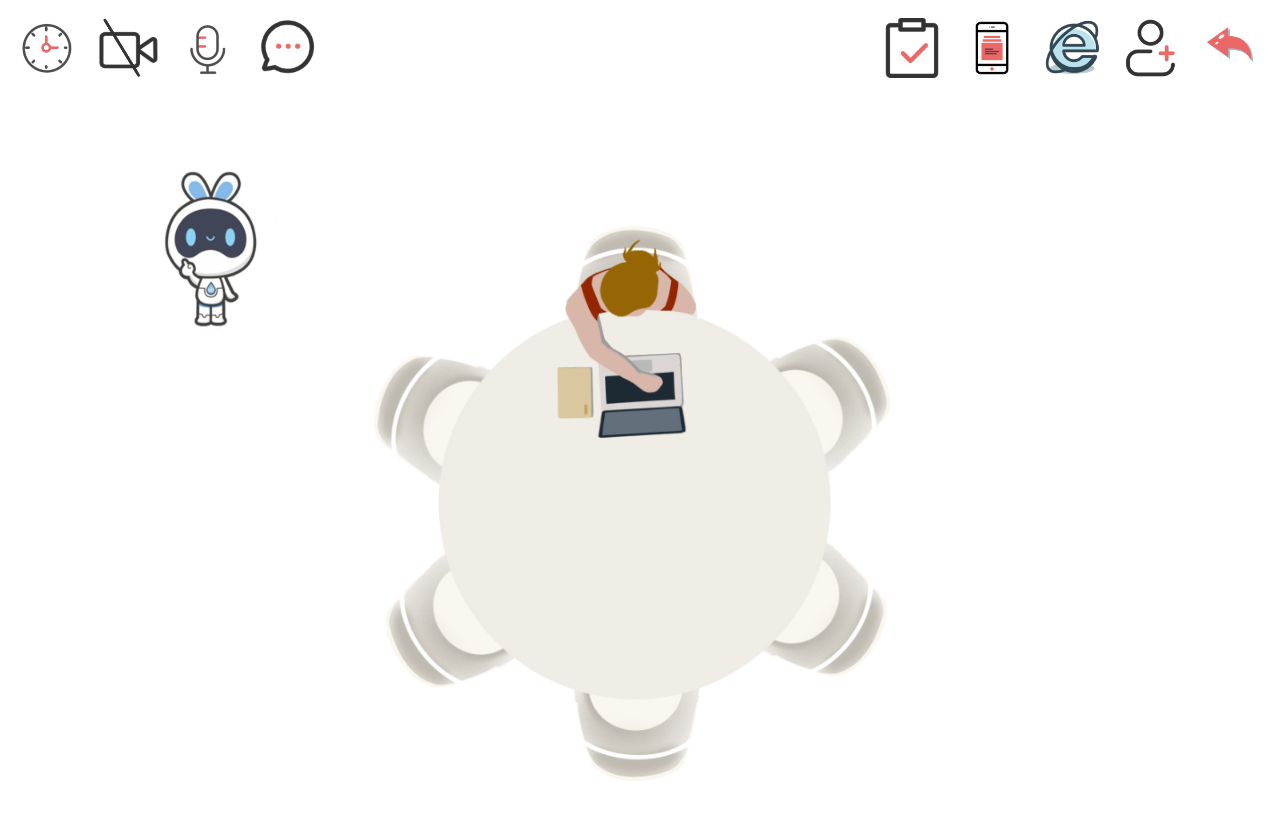
Repository: Team-Extrememe/Online-Study-Room
Page: main.html
The author's editor kept a copy of each file at every save. The page is drawn from the files as they stood at one save, then again after the next save.
The browser window is 1280 px wide. The pictures show the whole page.

Above is the page before, as saved 2021-10-07 15:36:46.

### main.html
<!DOCTYPE html>
<html lang="en">
<head class="header">
    <meta charset="UTF-8">
    <meta http-equiv="X-UA-Compatible" content="IE=edge">
    <meta name="viewport" content="width=device-width, initial-scale=1.0">
    <link rel="stylesheet" href="./css/styles.css">
    <script src="js/jquery-3.6.0.min.js" type="text/javascript"></script>
    <script src="./js/scipt_studyroom.js"></script>
    <script type="text/javascript" src="js/javascript.js"></script>
    <title>Study alone</title>
</head>
<body>
    <div class="left">
        <ul id="nav_left">
        <li>
            <img class="clock" src="./Images/clock.png" alt="clock">
            <div>
                <span class="selected_time"></span>
            </div>
            <div id="light9" class="increase_time" style="border: 2px solid rgb(100, 119, 185);border-radius: 10px;box-shadow: rgba(17, 17, 26, 0.1) 0px 4px 16px, rgba(17, 17, 26, 0.05) 0px 8px 32px;">
                <div class="close_guide_button6">&times;</div>
                <span>Increase Your Duration</span>
                <input id="increasetime" type="time" step='1' min="00:00:00" max="24:00:00">
                <button class="confirm">Confirm</button>
            </div>
        </li>
        <li>


            <div class="camera">
                <img src="./Images/camera_close.png" alt="video" id="video">
            </div>
            <div id="light8" class="preview">
                <div class="close_guide_button5">&times;</div>
                <span>Preview</span>
                <video autoplay="true" id="videoElement">

                </video>
                <button class="turnOn">Turn On</button>
            </div>


        </li>
        <li>
            <div>
                <img src="./Images/micro.png" alt="micro" id="micro">
            </div>
        </li>
        <li>
            <img src="./Images/chat.png" alt="chat">
        </li>
        </ul>
    </div>

    <div class="right">
        <ul id="nav_left">
        <li>
            <img src="./Images/log.png" alt="log">
        </li>
        <li>
            <img src="./Images/mobile.png" alt="mobile">
        </li>
        <li>
            <img src="./Images/internet.png" alt="internet">
        </li>
        <li>
            <img src="./Images/invite.png" alt="invite">
        </li>
        <li>
            <img src="./Images/return.png" alt="return">
        </li>
        <li>
            <div>
                <video autoplay="true" id="videoElement2">

                </video>
            </div>
        </li>
        </ul>
    </div>


    <div class="guide">
        <a href="./guide.html" target="_blank">

            <img src="./Images/r.png" alt="guide" id="rb">

        </a>
    </div>






    <div id="fade1" class="black"></div>
</body>
<footer>
    <div id="One">
        <img src="./images/One.png" alt="One">
    </div>

</footer>
</html>

### css/styles.css
#nav_left {
  list-style-type: none;
  margin: 0;
  padding: 0;
  overflow: hidden;
  /* background-color: #333; */
}

#nav_left li{
  float: left;
}

#nav_left li img{
	width: 60px;
	height: 60px;
	margin: 10px;
	margin-bottom: 0px;
	cursor: pointer;
}

.selected_time{
	/* position: absolute;
	left: 16px;
	top: 8%; */
	padding-left: 10px;
}

#nav_right li{
	float: right;
	margin-right: 10%;
}

.left,.right{

	display: inline-block;
}

 .left{
	 float: left;
}

.right
{
	float: right;
}


#One img{
	width: 90%;
	height: 70%;
}


#One{
	position: absolute;
	margin-left: 20%;
	top: 20%;


}

.guide{

	/* position: absolute; */
	position: absolute;
	/* float: right; */
	top: 15%;
	/* right: 10px; */
	/* right: 0; */
	/* margin-top: 20%; */
	/* margin-right: 30%; */

}

.guide a img{
	width: 400px;
	height: 300px;
}

/* footer{
	display: flex;
	align-items: center;
	position: absolute;
	bottom: 0;
} */

/* Change the link color to #111 (black) on hover */
#nav li a:hover {
  background-color: #111;
}

/* camera preview*/
.preview{
	display: none;
    position: absolute;
    bottom: 45%;
    left: 40%;
    width: 360px;
    height: 280px;
    border: 10x solid black;
    background-color: white;
    z-index:1002;
    overflow: none;
}

.preview span{
	position: absolute;
	top: 10%;
	left: 43%;
}

.light8{
    display: block;
}

#fade1{
    display: none;
}

.black{
    display: none;
    position: absolute;
    top: 0%;
    left: 0%;
    width: 100%;
    height: 100%;
    background-color: black;
    z-index:1001;
    opacity:.80;
    filter: alpha(opacity=88);
}

#videoElement{
	width: 215px;
	height: 161px;
	position: absolute;
	bottom: 20%;
	left: 22%;
}

.close_guide_button5{
    position: absolute;
    right: 14px;
    top: 0px;
    font-size: 20px;
    cursor: pointer;
}

.turnOn{
	position: absolute;
	bottom: 5%;
	left: 40%;
    width: 99px;
    height: 30px;
    background: inherit;
    background-color: rgba(51, 51, 51, 1);
    box-sizing: border-box;
    border-width: 3px;
    border-style: solid;
    border-color: rgba(51, 51, 51, 1);
    border-radius: 71px;
    box-shadow: 5px 5px 5px rgb(0 0 0 / 35%);
    font-size: 16px;
    color: rgba(255, 255, 255, 0.996078431372549);
    cursor: pointer;
}

#videoElement2{
	position: absolute;
	right: 5%;
	top: 17%;
	border-radius: 5px;
	width: 240px;
	height: 180px;
}

.videoShadow{
	box-shadow: rgba(6, 24, 44, 0.4) 0px 0px 0px 2px, rgba(6, 24, 44, 0.65) 0px 4px 6px -1px, rgba(255, 255, 255, 0.08) 0px 1px 0px inset;
}

.increase_time{
	display: none;
    position: absolute;
    bottom: 50%;
    left: 44%;
    width: 305px;
    height: 187px;
    border: 10x solid black;
    background-color: white;
    z-index:1002;
    overflow: none;
}

.light9{
	display: block;
}

.close_guide_button6{
    /* position: absolute;
    right: 14px;
    top: 0px; */
    font-size: 20px;
    cursor: pointer;
	float: right;
	width: 15px;
	margin-right: 10px;
}

.increase_time span{
	margin-left: 66px;
    margin-top: 20px;
	display: inline-block;
	font-weight: bold;
}

#increasetime{
	float: left;
    margin-left: 100px;
    font-size: 20px;
	margin-top: 40px;
	font-family: Arial, Helvetica, sans-serif;
}

.confirm{
	float: left;
    margin-top: 20px;
    margin-left: 107px;
    width: 100px;
    height: 35px;
	background: inherit;
    background-color: rgba(51, 51, 51, 1);
    box-sizing: border-box;
    border-width: 3px;
    border-style: solid;
    border-color: rgba(51, 51, 51, 1);
    border-radius: 71px;
    box-shadow: 5px 5px 5px rgb(0 0 0 / 35%);
    font-size: 16px;
    color: rgba(255, 255, 255, 0.996078431372549);
	cursor: pointer;
}

### js/javascript.js
$(document).ready(function(){

    $(".create").click(function(){
        openDialog();
    });

    $(".join").click(function(){
        openDialog2();
    });

    $(".close_button").click(function(){
        closeDialog();
    })

    $(".close_button2").click(function(){
        closeDialog2();
    })

    $(".close_guide_button").click(function(){
        closeBubble();
    });

    $(".next").click(function(){
        closeBubble();
        document.getElementById('fade1').style.display='block';
        document.getElementById('light4').style.display='block';
        $(".rabbit2").css("display", "block");
    });

    $(".next2").click(function(){
        closeBubble2();
        document.getElementById('fade1').style.display='block';
        document.getElementById('light5').style.display='block';
        $(".rabbit3").css("display", "block");
    });

    $(".next3").click(function(){
        closeBubble3();
        document.getElementById('fade1').style.display='block';
        document.getElementById('light6').style.display='block';
        $(".rabbit4").css("display", "block");
    });

    $(".next4").click(function(){
        closeBubble4();
        document.getElementById('fade1').style.display='block';
        document.getElementById('light7').style.display='block';
        $(".rabbit5").css("display", "block");
    });

    $(".close_guide_button2").click(function(){
        closeBubble2();
    });

    $(".close_guide_button3").click(function(){
        closeBubble3();
    });

    $(".close_guide_button4").click(function(){
        closeBubble4();
    });

    $(".end").click(function(){
        closeBubble5();
    });

    $(".back").click(function(){
        closeBubble2();
        openBubble();
    });

    $('.back2').click(function(){
        closeBubble3();
        openBubble2();
    });

    $('.back3').click(function(){
        closeBubble4();
        openBubble3();
    });

    $('.repeat').click(function(){
        closeBubble5();
        openBubble();
    });

    function openDialog(){
        document.getElementById('light').style.display='block';
        document.getElementById('fade').style.display='block';
    }

    function openDialog2(){
        document.getElementById('light2').style.display='block';
        document.getElementById('fade').style.display='block';
    }

    function closeDialog(){
        document.getElementById('light').style.display='none';
        document.getElementById('fade').style.display='none';
    }

    function closeDialog2(){
        document.getElementById('light2').style.display='none';
        document.getElementById('fade').style.display='none';
    }

    function openBubble(){
        document.getElementById('light3').style.display='block';
        document.getElementById('fade1').style.display='block';
        $(".rabbit").css("display", "block");
    }

    function openBubble2(){
        document.getElementById('light4').style.display='block';
        document.getElementById('fade1').style.display='block';
        $(".rabbit2").css("display", "block");
    }

    function openBubble3(){
        document.getElementById('light5').style.display='block';
        document.getElementById('fade1').style.display='block';
        $(".rabbit3").css("display", "block");
    }


    function closeBubble(){
        document.getElementById('light3').style.display='none';
        document.getElementById('fade1').style.display='none';
        $(".rabbit").css("display", "none");
    }

    function closeBubble2(){
        document.getElementById('light4').style.display='none';
        document.getElementById('fade1').style.display='none';
        $(".rabbit2").css("display", "none");
    }

    function closeBubble3(){
        document.getElementById('light5').style.display='none';
        document.getElementById('fade1').style.display='none';
        $(".rabbit3").css("display", "none");
    }

    function closeBubble4(){
        document.getElementById('light6').style.display='none';
        document.getElementById('fade1').style.display='none';
        $(".rabbit4").css("display", "none");
    }

    function closeBubble5(){
        document.getElementById('light7').style.display='none';
        document.getElementById('fade1').style.display='none';
        $(".rabbit5").css("display", "none");
    }


    //get room type
    //set duration
    var time;
    $('.confirm_create').click(function(){
        time = $('#time').val();
        localStorage.setItem("time", time);
    });

    $('.confirm_create').click(function(){
        var private =  $('.private').is(':checked');
        console.log(private);
        if(private){
            window.location = "main.html";
        }
    })

    //change duration
    $('.confirm').click(function(){
        time = $('#increasetime').val();
        localStorage.setItem("time", time);
        $(".selected_time").html(time);
        countDownTime = time;
    });

    //get time
    if(localStorage.getItem("time") != null){
        var selected_time = localStorage.getItem("time");
        console.log(selected_time);
        $(".selected_time").html(selected_time);
    }

    //countdown function
    var countDownTime = localStorage.getItem("time");
    var interval = setInterval(function(){
        if(countDownTime == null){
            return;
        }
        var timer = countDownTime.split(':');
        var hours = parseInt(timer[0], 10);
        var minutes = parseInt(timer[1], 10);
        var seconds = parseInt(timer[2], 10);
        --seconds;
        minutes = (seconds < 0) ? --minutes : minutes;
        hours = (minutes < 0) ? --hours : hours;
        hours = (hours < 10)? '0' + hours : hours;
        minutes = (minutes < 0) ? 59 : minutes;
        minutes = (minutes < 10)? '0' + minutes : minutes;
        if(hours < 0) clearInterval(interval);
        seconds = (seconds < 0) ? 59 : seconds;
        seconds = (seconds < 10)? '0' + seconds : seconds;
        $(".selected_time").html(hours + ':' + minutes + ':' + seconds);
        countDownTime = hours + ":" + minutes + ":" + seconds;
        localStorage.setItem("time", countDownTime);
    }, 1000);

    //mic close
    var off = 0;
    $("#micro").click(function(){
        if(off == 0){
            $(this).attr("src", "Images/close_mic.png");
            $(this).css("width", "40px");
            $(this).css("margin-left", "20px");
            $(this).css("margin-right", "20px");
            $(this).addClass("micOff");
            off = 1;
        }else if(off == 1){
            $(this).attr("src", "Images/micro.png");
            $(this).css("width", "60px");
            $(this).css("margin", "10px");
            $(this).css("height", "60px");
            off = 0;
        }

    });

    //set camera
    var cam = 0;
    var newVideo;
    $(".camera").click(function(){
        if(cam == 0){
            document.getElementById('light8').style.display='block';
            document.getElementById('fade1').style.display='block';
            navigator.mediaDevices.getUserMedia({
                video: true
                })
                .then(stream => {
                window.localStream = stream;
                video.srcObject = stream;
                newVideo = stream;
                })
                .catch((err) => {
                console.log(err);
                });
            cam = 1;
        }else if(cam == 1){
            $("#video").attr("src", "Images/camera_close.png");
            localStream.getVideoTracks()[0].stop();
            video.src = '';
            video.srcObject = null;
            video2.srcObject = null;
            cam = 0;
            $("#videoElement2").removeClass("videoShadow");
        }
    });

    //close popup preview
    function closePreview(){
        document.getElementById('light8').style.display='none';
        document.getElementById('fade1').style.display='none';
        cam = 0;
    }

    $(".close_guide_button5").click(function(){
        closePreview();
        $("#video").attr("src", "Images/camera_close.png");
        cam = 0;
    });

    //set new study duration time
    $(".clock").click(function(){
        document.getElementById('light9').style.display='block';
    });

    //close popup
    function closeClock(){
        document.getElementById('light9').style.display='none';
    }

    $(".close_guide_button6").click(function(){
        closeClock();
    });




    const video = document.querySelector('#videoElement');

    const captureVideoButton = document.querySelector('.camera');
    const stopVideoButton = document.querySelector('.close_guide_button5');

    //Capture Video
    // $(captureVideoButton).click(function(){
    //     navigator.mediaDevices.getUserMedia({
    //         video: true
    //         })
    //         .then(stream => {
    //         window.localStream = stream;
    //         video.srcObject = stream;
    //         })
    //         .catch((err) => {
    //         console.log(err);
    //         });
    // });
    // captureVideoButton.onclick = function() {
    //     navigator.mediaDevices.getUserMedia({
    //     video: true
    //     })
    //     .then(stream => {
    //     window.localStream = stream;
    //     video.srcObject = stream;
    //     })
    //     .catch((err) => {
    //     console.log(err);
    //     });
    // };

    stopVideoButton.onclick = function() {
        localStream.getVideoTracks()[0].stop();
        video.src = '';
    };

    // const video2 = document.querySelector('#videoElement2');
    var video2 = document.querySelector('#videoElement2');

    var constraints = { video: {width: 240,height: 180}};
    $(".turnOn").click(function(){
        closePreview();
        $("#video").attr("src", "Images/video.png");
        $(".camera").addClass("on");
        $(".camera").removeClass("camera");
        cam = 1;
        video2.srcObject = newVideo;
        video2.onloadedmetadata = function(e) {
            video2.play();
        };
        $("#videoElement2").addClass("videoShadow");

    //     navigator.mediaDevices.getUserMedia(constraints).then(function(mediaStream) {
    //     video2.srcObject = newVideo;

    //     // $("#videoElement2").css({"border-color": "grey", "border-width" : "1px", "border-style" : "solid"});
        // $("#videoElement2").addClass("videoShadow");
    // });

    });

    // $(window).unload(function(){
    //     localStorage.removeItem("time");
    // });

    window.onbeforeunload = function(e){
        localStorage.removeItem("time");
    };

});

Loaded but not shown: js/jquery-3.6.0.min.js (library); js/scipt_studyroom.js (no copy from this time; the picture is the same without it)

After the next save:
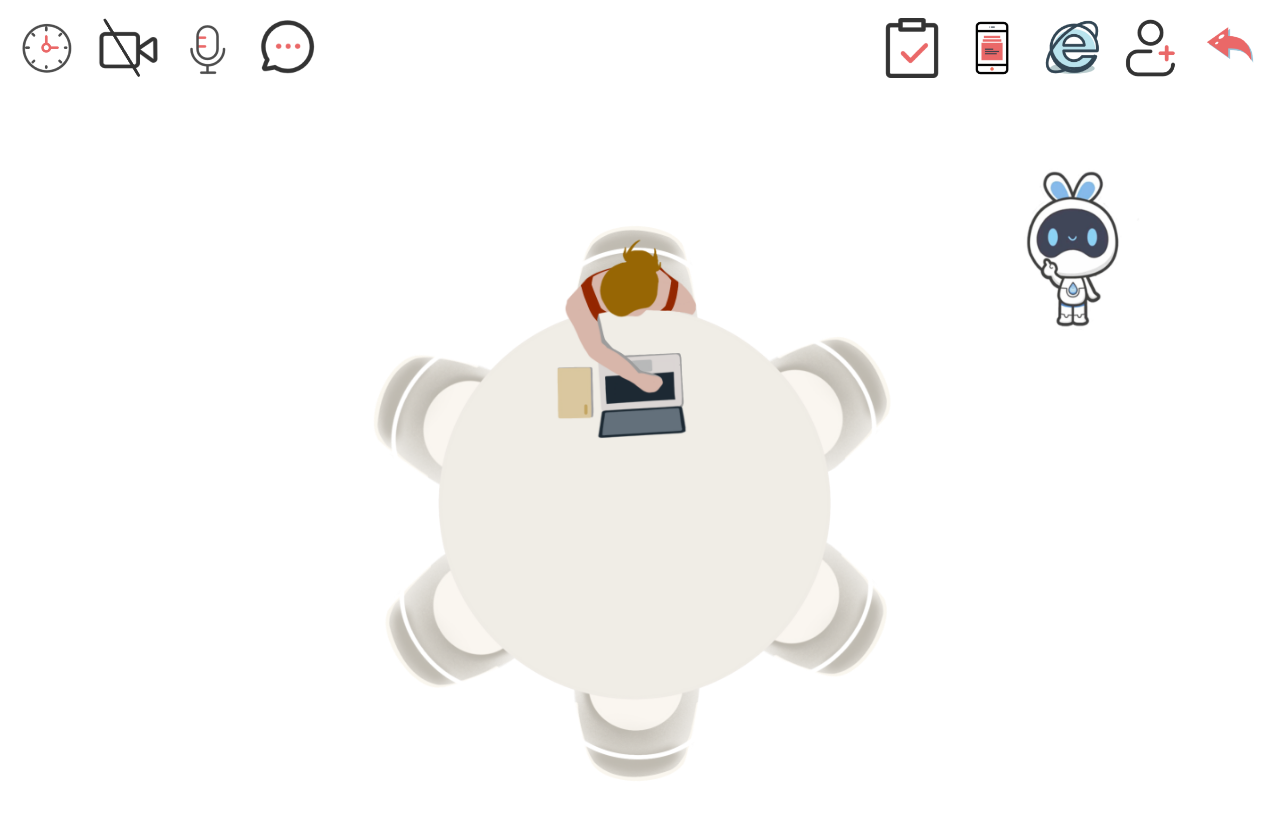
Saved 3 min 21 s later.
--- a/css/styles.css
+++ b/css/styles.css
@@ -65,7 +65,7 @@
 	position: absolute;
 	/* float: right; */
 	top: 15%;
-	/* right: 10px; */
+	right: 10px;
 	/* right: 0; */
 	/* margin-top: 20%; */
 	/* margin-right: 30%; */
